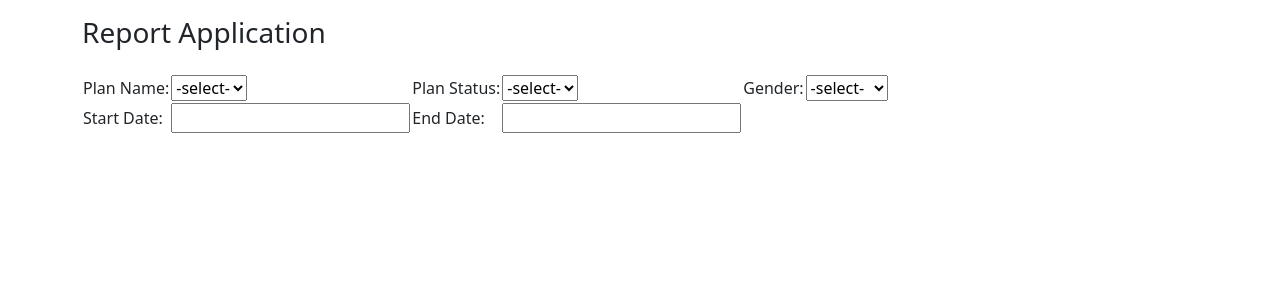
Repository: dubeygaurav52/SpringBoot_Microservices_Concepts
Page: http://localhost/01_Report_App/pages/index.jsp
These files come from the project's save history. The page is drawn as it stood at one moment and after the next save; the edit follows.
The browser window is 1280 px wide. The pictures show the whole page.
The page is served by Tomcat 9.

Above is the page before, as saved 2025-05-01 14:30:07.

After the next save:
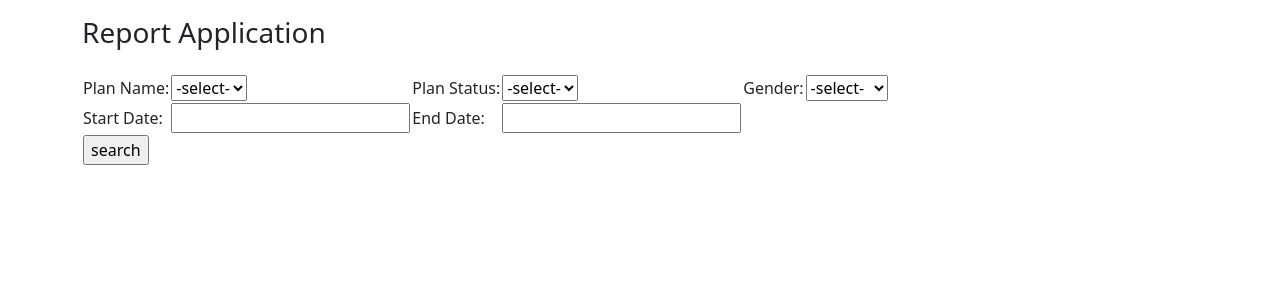
Saved 116 s later.
--- a/01_Report_App/src/main/webapp/pages/index.jsp
+++ b/01_Report_App/src/main/webapp/pages/index.jsp
@@ -52,6 +52,13 @@
 <input path="endDate"> </input>
 </td>
 </tr>
+
+<tr>
+<td>
+<input type="submit" value="search"></input>
+</td>
+</tr>
+
 </table>
 
 </form>
